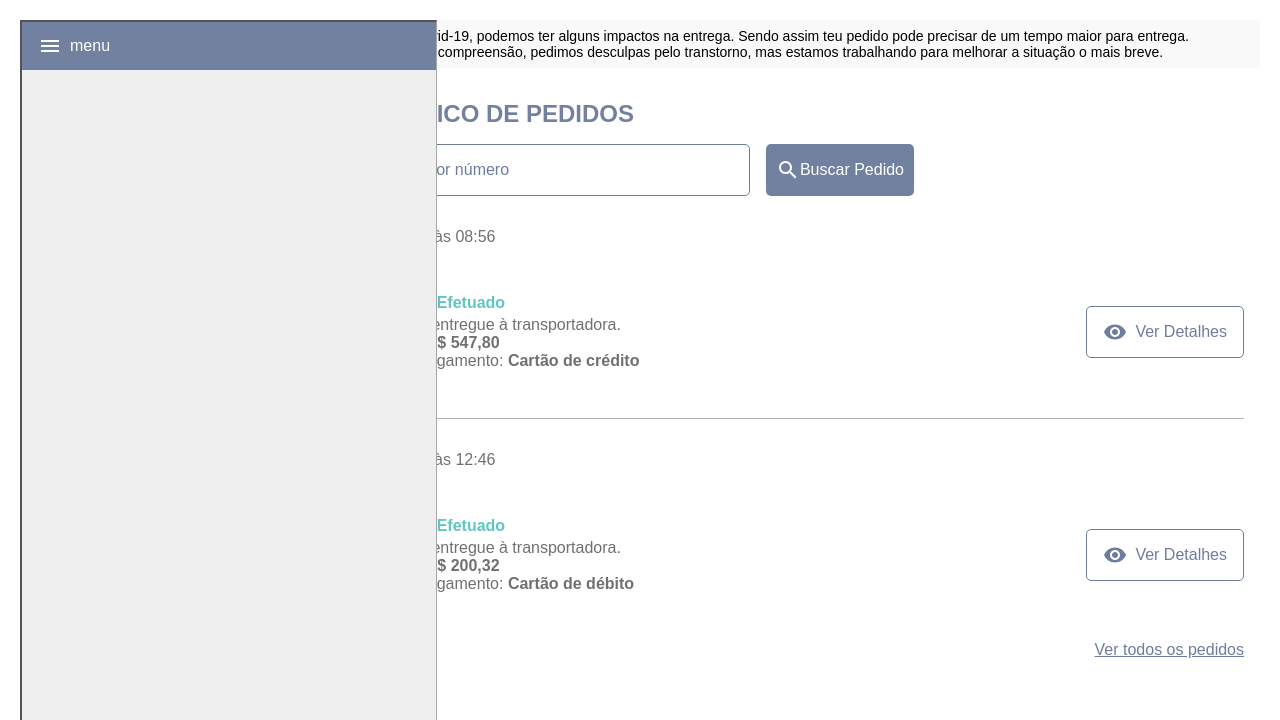
Repository: indiamarasiqueira/gestao-produto
Page: /
An editor plug-in stored every save of this project. The page is shown before and after the next save, followed by the edit.
The browser window is 1280 px wide. The pictures show the whole page.
The project was rebuilt for these pictures with package versions that can differ from the ones it lists, and the page was loaded fresh each time. Also part of the build but not shown: src/pages/generic/style.js, src/pages/generic/index.js, src/components/ModalMenu/index.js.

Above is the page before, as saved 2020-07-07 11:45:07.

After the next save:
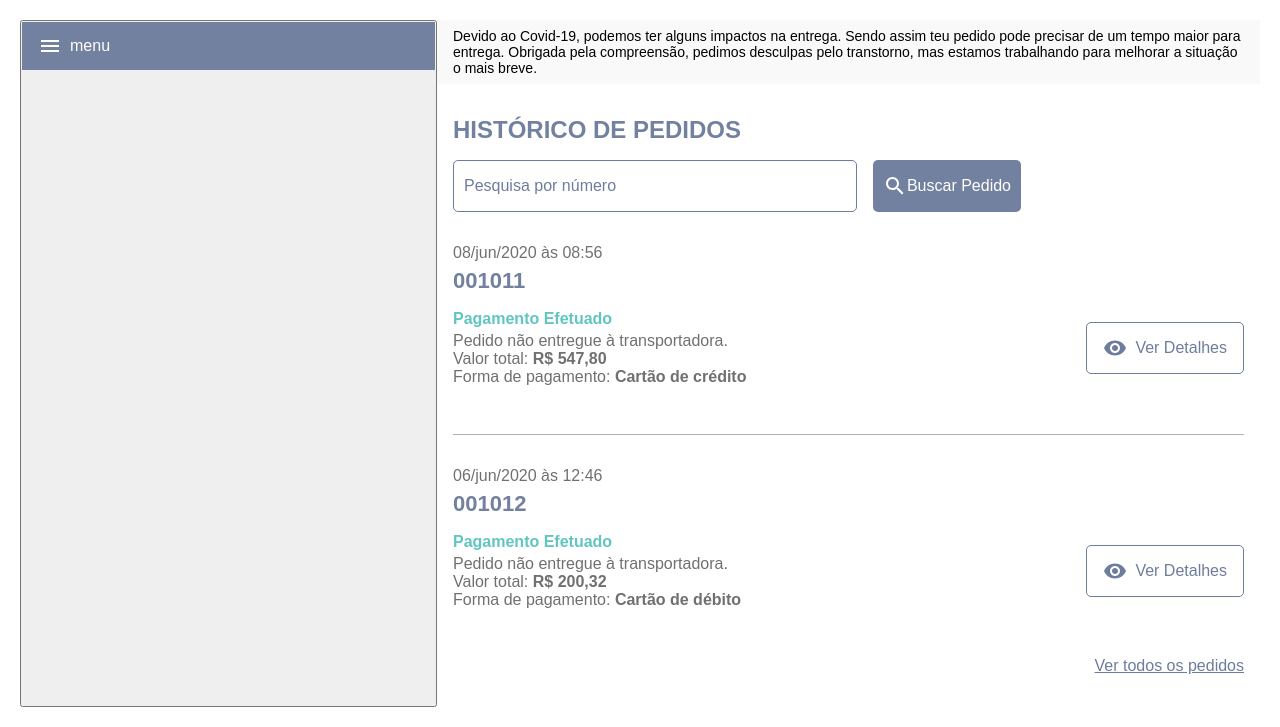
Saved 39 s later.
--- a/src/components/AppMenu/style.js
+++ b/src/components/AppMenu/style.js
@@ -1,17 +1,15 @@
 import styled from "styled-components";
 
 export const MenuMain = styled.button`
+  @media all and (min-width: 600px) {
 
-   @media all and (min-width: 600px) {
-    border-right: 1px solid rgba(0, 0, 0, 0.3);
     display: flex;
     align-items: start;
     justify-content: start;
     flex-direction: column;
     width: 417px;
     height: 100%;
-    position: fixed;
-    font-size: 16px;
+
   }
 `;
 export const Button = styled.button`
@@ -49,6 +47,17 @@ export const MainMenu = styled.div`
   bottom: 0;
   background: #fff;
 
+   @media all and (min-width: 600px) {
+    border-right: 1px solid rgba(0, 0, 0, 0.3);
+    display: flex;
+    align-items: start;
+    justify-content: start;
+    flex-direction: column;
+    width: 417px;
+    height: 100%;
+    position: fixed;
+    font-size: 16px;
+  }
 `;
 
 // User
